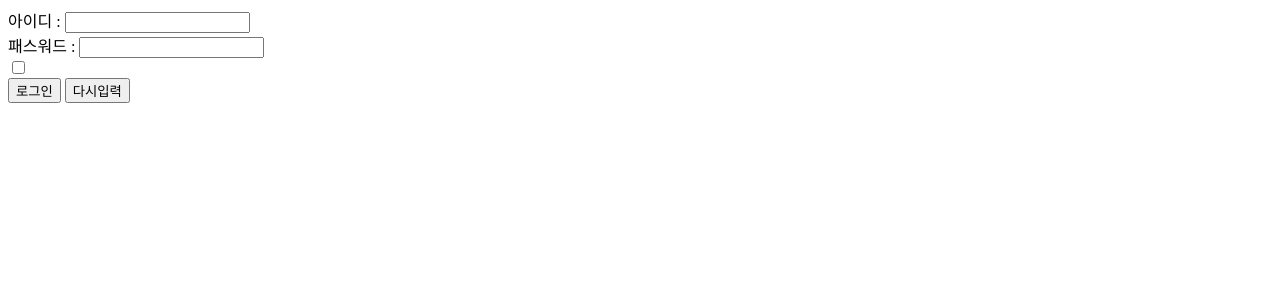
Repository: onerain5120/db_conn
Page: eclipse-workspace/pro06/src/main/webapp/login.html
The author's editor kept a copy of each file at every save. The page is drawn from the files as they stood at one save, then again after the next save.
The browser window is 1280 px wide. The pictures show the whole page.

Above is the page before, as saved 2023-09-27 01:54:44.

### eclipse-workspace/pro06/src/main/webapp/login.html
<!DOCTYPE html>
<html>

<head>
	<meta charset="UTF-8">
	<title>Insert title here</title>
</head>

<body>

	<form method="post" action="login">
		아이디 : <input type="text" name="user_id"><br>
		패스워드 : <input type="password" name="user_pw"><br>

		<input type="checkbox" value="떡볶이"><br>


		<input type="submit" value="로그인">
		<input type="reset" value="다시입력">

	</form>




</body>

</html>

After the next save:
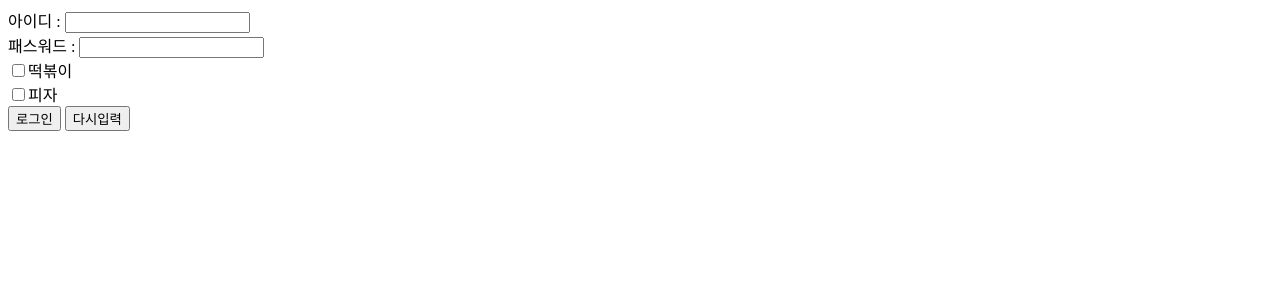
Saved 67 s later.
--- a/eclipse-workspace/pro06/src/main/webapp/login.html
+++ b/eclipse-workspace/pro06/src/main/webapp/login.html
@@ -12,7 +12,8 @@
 		아이디 : <input type="text" name="user_id"><br>
 		패스워드 : <input type="password" name="user_pw"><br>
 
-		<input type="checkbox" value="떡볶이"><br>
+		<input type="checkbox" value="떡볶이">떡볶이<br>
+		<input type="checkbox" value="피자">피자<br>
 
 
 		<input type="submit" value="로그인">
